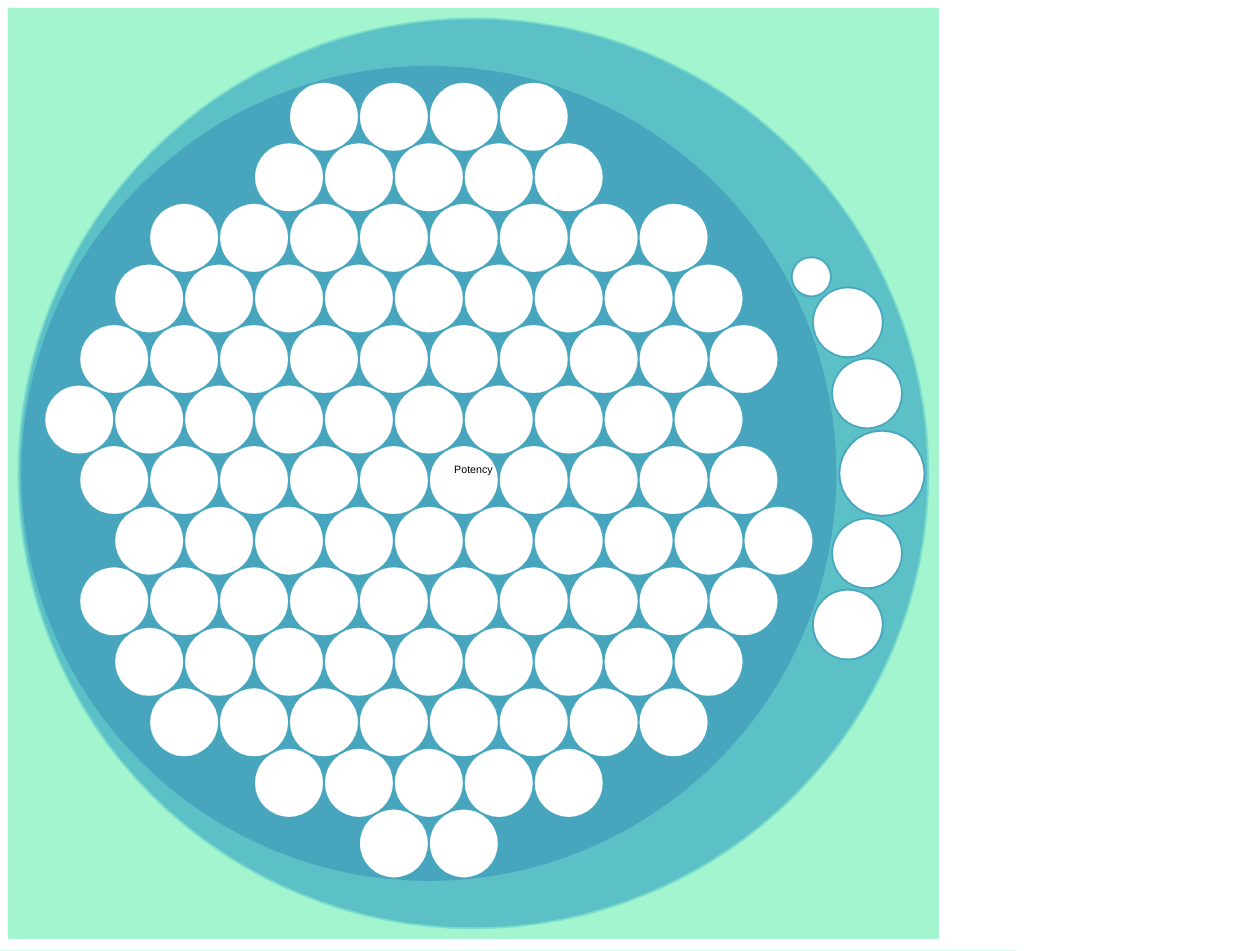
Repository: m0llyc00k/ms-2
Page: clusters/index.html
The author's editor kept a record of every edit. The page is drawn from the files as they stood at one moment, then again after the next edit.
The browser window is 1280 px wide. The pictures show the whole page, at 97% of full size.

Above is the page before.

### clusters/index.html
<!DOCTYPE html>
<meta charset="utf-8">
<style>

.node {
  cursor: pointer;
}

.node:hover {
  stroke: #000;
  stroke-width: 1.5px;
}

.node--leaf {
  fill: white;
}

.label {
  font: 11px "Helvetica Neue", Helvetica, Arial, sans-serif;
  text-anchor: middle;
  text-shadow: 0 1px 0 #fff, 1px 0 0 #fff, -1px 0 0 #fff, 0 -1px 0 #fff;
}

.label,
.node--root,
.node--leaf {
  pointer-events: none;
}

</style>
<svg width="960" height="960"></svg>
<script src="https://d3js.org/d3.v7.min.js"></script>
<script>

var svg = d3.select("svg"),
    margin = 20,
    diameter = +svg.attr("width"),
    g = svg.append("g").attr("transform", "translate(" + diameter / 2 + "," + diameter / 2 + ")");

var color = d3.scaleLinear()
    .domain([-1, 5])
    .range(["hsl(152,80%,80%)", "hsl(228,30%,40%)"])
    .interpolate(d3.interpolateHcl);

var pack = d3.pack()
    .size([diameter - margin, diameter - margin])
    .padding(2);


d3.json("morph.json").then(function(root) {


  root = d3.hierarchy(root)
      .sum(function(d) { return d.size; })
      .sort(function(a, b) { return b.value - a.value; });

  var focus = root,
      nodes = pack(root).descendants(),
      view;

  var circle = g.selectAll("circle")
    .data(nodes)
    .join("circle")
      .attr("class", function(d) { return d.parent ? d.children ? "node" : "node node--leaf" : "node node--root"; })
      .style("fill", function(d) { return d.children ? color(d.depth) : null; })
      .on("click", function(d) { if (focus !== d) zoom(d), event.stopPropagation(); }); //removed d3

  var text = g.selectAll("text")
    .data(nodes)
    .join("text")
      .attr("class", "label")
      .style("fill-opacity", function(d) { return d.parent === root ? 1 : 0; })
      .style("display", function(d) { return d.parent === root ? "inline" : "none"; })
      .text(function(d) { return d.data.name; });

  var node = g.selectAll("circle,text");

  svg
      .style("background", color(-1))
      .on("click", function() { zoom(root); });

  zoomTo([root.x, root.y, root.r * 2 + margin]);

  function zoom(d) {
    var focus0 = focus; focus = d;

//     var transition = d3.transition()
//         .duration(event.altKey ? 7500 : 750) //removed d3
//         .tween("zoom", function(d) {
//           var i = d3.interpolateZoom(view, [focus.x, focus.y, focus.r * 2 + margin]);
//           return function(t) { zoomTo(i(t)); };
//         });

//     transition.selectAll("text")
//       .filter(function(d) { return d.parent === focus || this.style.display === "inline"; })
//         .style("fill-opacity", function(d) { return d.parent === focus ? 1 : 0; })
//         .on("start", function(d) { if (d.parent === focus) this.style.display = "inline"; })
//         .on("end", function(d) { if (d.parent !== focus) this.style.display = "none"; });
  }

  function zoomTo(v) {
    var k = diameter / v[2]; view = v;
    node.attr("transform", function(d) { return "translate(" + (d.x - v[0]) * k + "," + (d.y - v[1]) * k + ")"; });
    circle.attr("r", function(d) { return d.r * k; });
  }
});

</script>

### clusters/morph.json
{
    "name": "MME",
    "children": [{
            "name": "Potency",
            "children": [{
                    "name": "Fentynal",
                    "children": [
                        { "size": 1 },
                        { "size": 1 },
                        { "size": 1 },
                        { "size": 1 },
                        { "size": 1 },
                        { "size": 1 },
                        { "size": 1 },
                        { "size": 1 },
                        { "size": 1 },
                        { "size": 1 },
                        { "size": 1 },
                        { "size": 1 },
                        { "size": 1 },
                        { "size": 1 },
                        { "size": 1 },
                        { "size": 1 },
                        { "size": 1 },
                        { "size": 1 },
                        { "size": 1 },
                        { "size": 1 },
                        { "size": 1 },
                        { "size": 1 },
                        { "size": 1 },
                        { "size": 1 },
                        { "size": 1 },
                        { "size": 1 },
                        { "size": 1 },
                        { "size": 1 },
                        { "size": 1 },
                        { "size": 1 },
                        { "size": 1 },
                        { "size": 1 },
                        { "size": 1 },
                        { "size": 1 },
                        { "size": 1 },
                        { "size": 1 },
                        { "size": 1 },
                        { "size": 1 },
                        { "size": 1 },
                        { "size": 1 },
                        { "size": 1 },
                        { "size": 1 },
                        { "size": 1 },
                        { "size": 1 },
                        { "size": 1 },
                        { "size": 1 },
                        { "size": 1 },
                        { "size": 1 },
                        { "size": 1 },
                        { "size": 1 },
                        { "size": 1 },
                        { "size": 1 },
                        { "size": 1 },
                        { "size": 1 },
                        { "size": 1 },
                        { "size": 1 },
                        { "size": 1 },
                        { "size": 1 },
                        { "size": 1 },
                        { "size": 1 },
                        { "size": 1 },
                        { "size": 1 },
                        { "size": 1 },
                        { "size": 1 },
                        { "size": 1 },
                        { "size": 1 },
                        { "size": 1 },
                        { "size": 1 },
                        { "size": 1 },
                        { "size": 1 },
                        { "size": 1 },
                        { "size": 1 },
                        { "size": 1 },
                        { "size": 1 },
                        { "size": 1 },
                        { "size": 1 },
                        { "size": 1 },
                        { "size": 1 },
                        { "size": 1 },
                        { "size": 1 },
                        { "size": 1 },
                        { "size": 1 },
                        { "size": 1 },
                        { "size": 1 },
                        { "size": 1 },
                        { "size": 1 },
                        { "size": 1 },
                        { "size": 1 },
                        { "size": 1 },
                        { "size": 1 },
                        { "size": 1 },
                        { "size": 1 },
                        { "size": 1 },
                        { "size": 1 },
                        { "size": 1 },
                        { "size": 1 },
                        { "size": 1 },
                        { "size": 1 },
                        { "size": 1 },
                        { "size": 1 }
                    ]
                },
                {
                    "name": "CODEINE",
                    "children": [
                        { "size": 0.3 }

                    ]
                },
                {
                    "name": "HYDROCODONE",
                    "children": [
                        { "size": 1 }

                    ]
                },
                {
                    "name": "OXYCODONE",
                    "children": [
                        { "size": 1.5 }

                    ]
                },
                {
                    "name": "METHADONE",
                    "children": [
                        { "size": 1 }

                    ]
                },
                {
                    "name": "HYDROCODONE",
                    "children": [
                        { "size": 1 }

                    ]
                },
                {
                    "name": "HYDROCODONE",
                    "children": [
                        { "size": 1 }

                    ]
                }
            ]
        }

    ]
}

After the next edit:
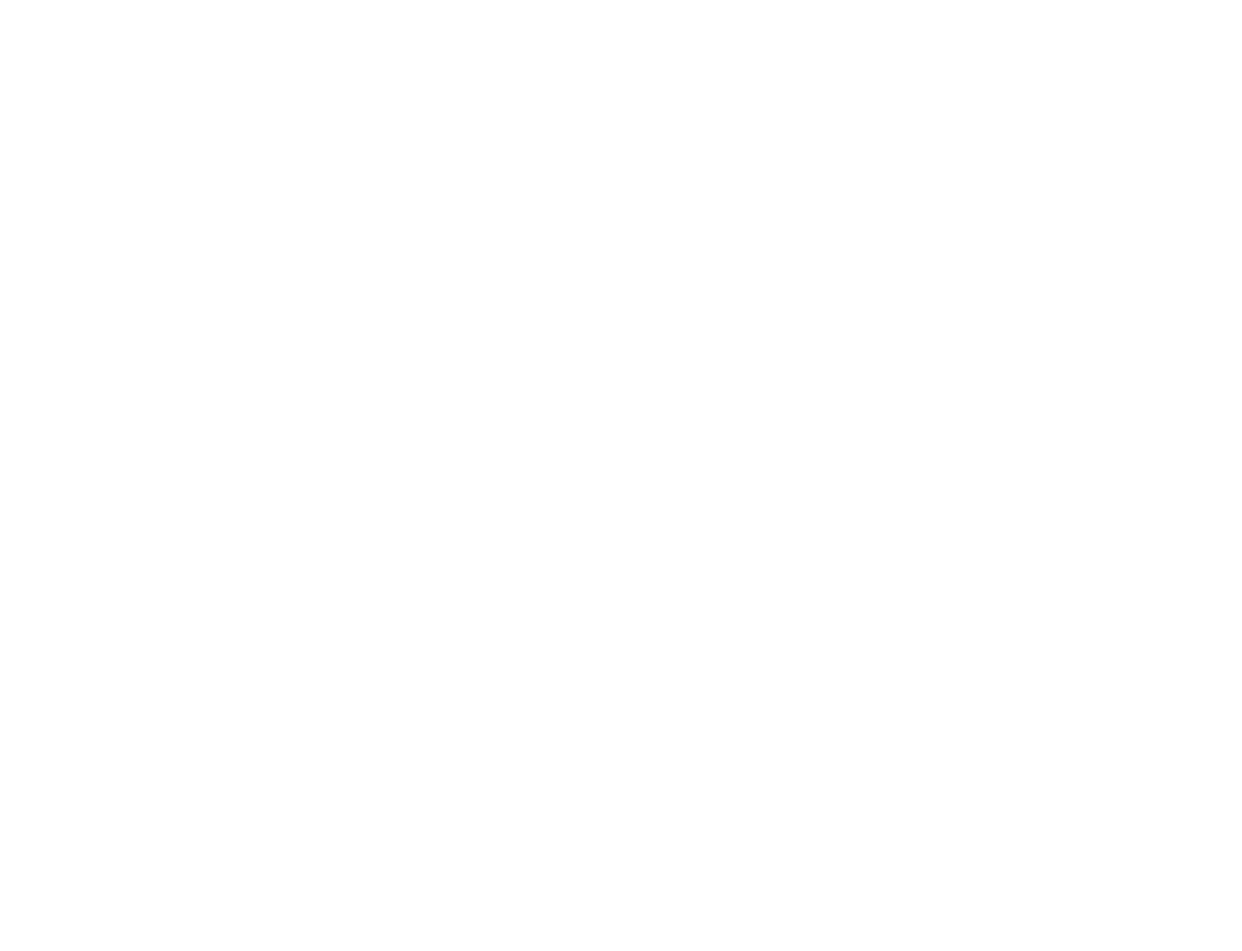
Console error (its wording comes from the project's code and is left out).
The edit:
--- a/clusters/morph.json
+++ b/clusters/morph.json
@@ -124,8 +124,8 @@
                 {
                     "name": "OXYCODONE",
                     "children": [
-                        { "size": 1.5 }
-
+                        { "size": 1 }
+                        { "size": 0.5 }
                     ]
                 },
                 {

After the 4 edits that followed:
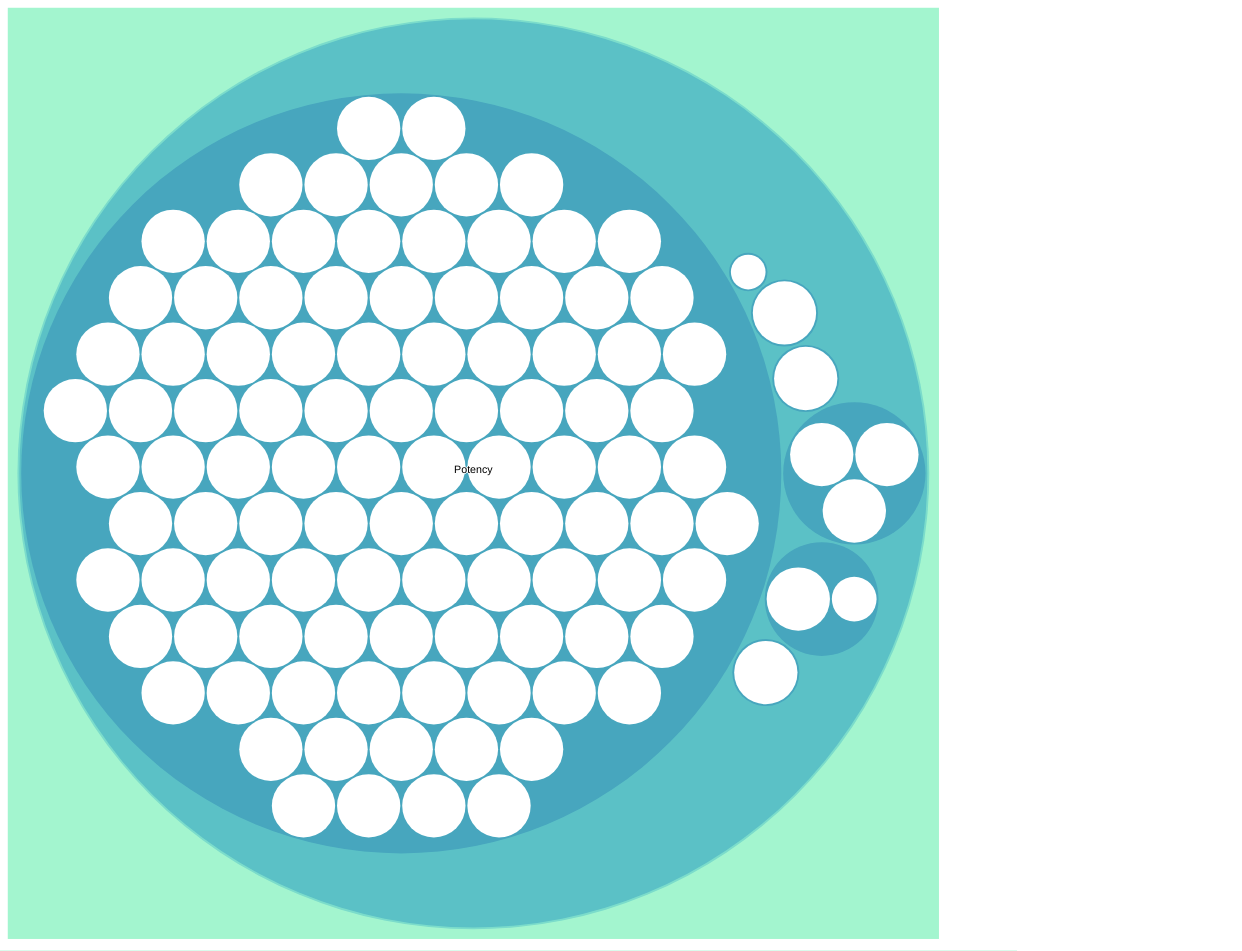
The error is gone.
The 4 edits are shown as one change because 3 left the picture as it was.
The edit:
--- a/clusters/morph.json
+++ b/clusters/morph.json
@@ -124,19 +124,21 @@
                 {
                     "name": "OXYCODONE",
                     "children": [
-                        { "size": 1 }
+                        { "size": 1 },
                         { "size": 0.5 }
                     ]
                 },
                 {
                     "name": "METHADONE",
                     "children": [
+                        { "size": 1 },
+                        { "size": 1 },
                         { "size": 1 }
 
                     ]
                 },
                 {
-                    "name": "HYDROCODONE",
+                    "name": "HEROIN",
                     "children": [
                         { "size": 1 }
 
